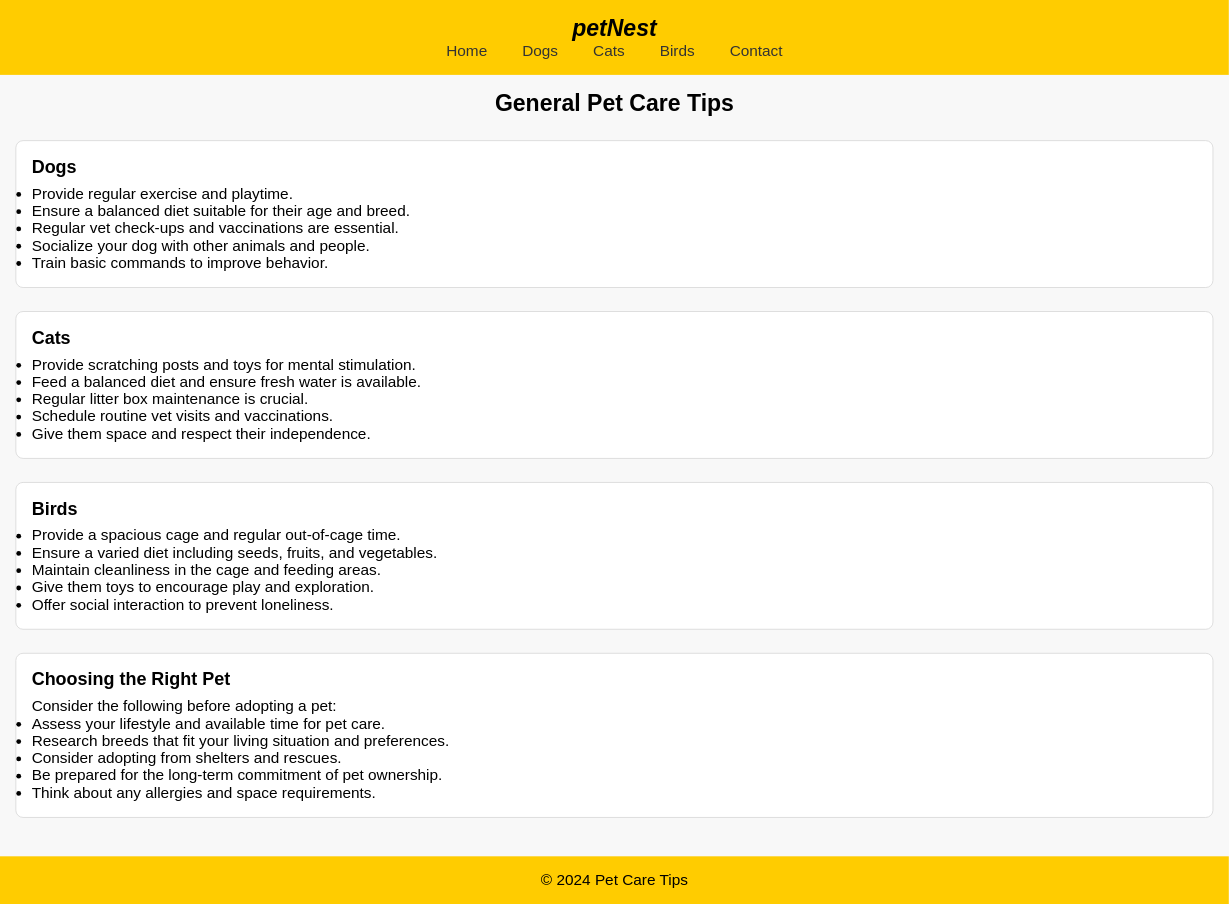
Repository: SHAHZADcodr/pet_care
Page: pages/tips.html
The author's editor kept a copy of each file at every save. The page is drawn from the files as they stood at one save, then again after the next save.
The browser window is 1280 px wide. The pictures show the whole page, at 96% of full size.

Above is the page before, as saved 2024-11-04 23:18:57.

After the next save:
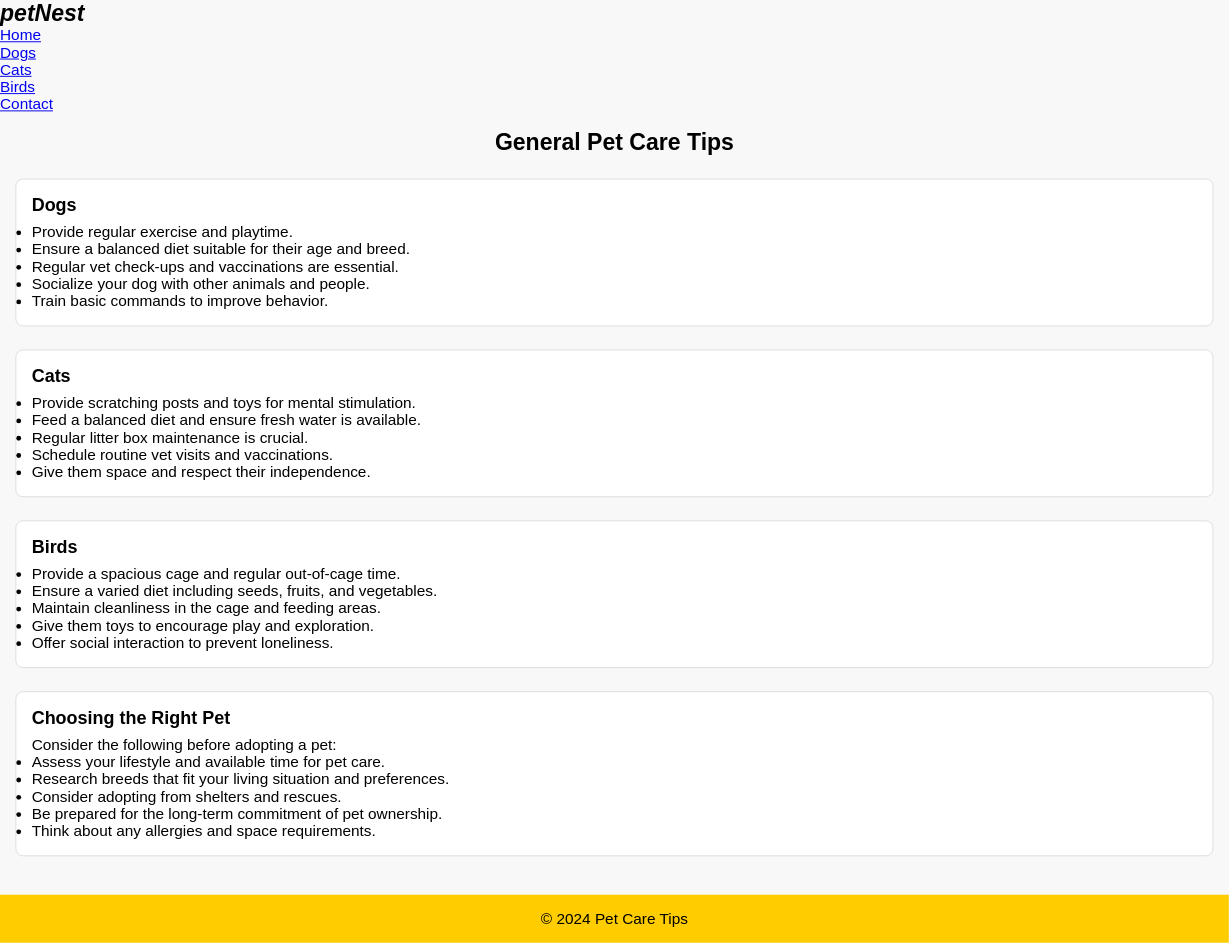
Saved 87 s later.
--- a/pages/tips.css
+++ b/pages/tips.css
@@ -14,26 +14,6 @@ body {
     background-color: #f8f8f8;
 }
 
-header {
-    background-color: #ffcc00;
-    padding: 1rem;
-    text-align: center;
-}
-
-nav ul {
-    list-style-type: none;
-    padding: 0;
-}
-
-nav ul li {
-    display: inline;
-    margin: 0 1rem;
-}
-
-nav a {
-    text-decoration: none;
-    color: #333;
-}
 
 main.tips {
     flex-grow: 1; /* Allows the main content to grow and push footer down */
